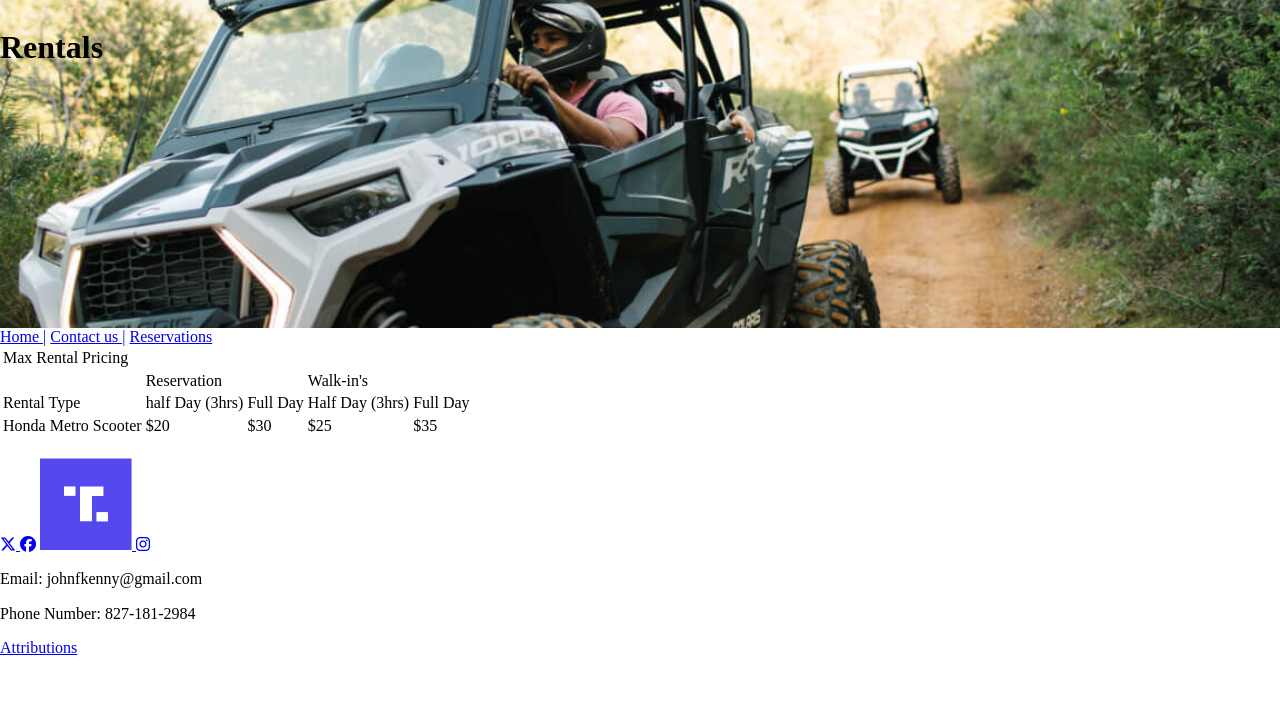
Repository: nak97/WDD230
Page: scoots/rentals-page/rentals-page.html
The author's editor kept a copy of each file at every save. The page is drawn from the files as they stood at one save, then again after the next save.
The browser window is 1280 px wide. The pictures show the whole page.
Some web libraries are served in a nearby version.

Above is the page before, as saved 2023-12-11 13:25:11.

After the next save:
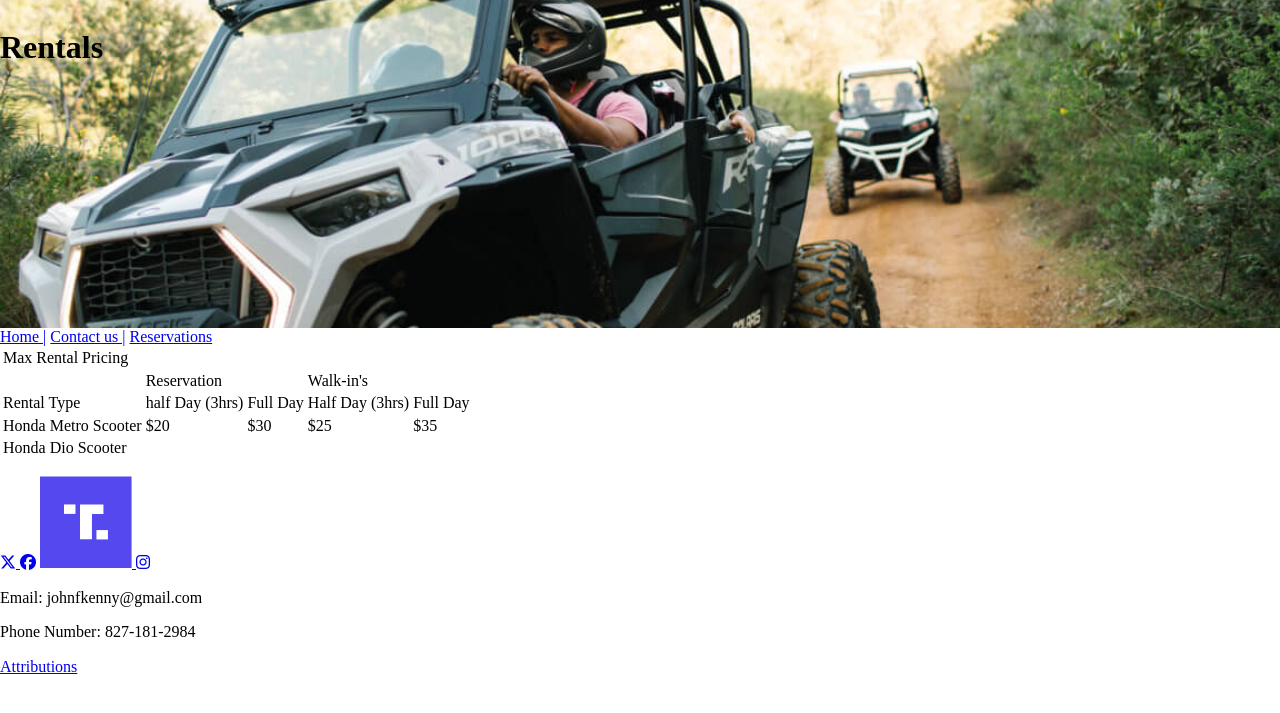
Saved 2 min 51 s later.
--- a/scoots/rentals-page/rentals-page.html
+++ b/scoots/rentals-page/rentals-page.html
@@ -52,11 +52,11 @@
         <td></td>
       </tr>
         <tr>
-          <td></td>
-          <td></td>
-          <td></td>
-          <td></td>
-          <td></td>
+          <td>Honda Dio Scooter</td>
+          <td> <span id="dio-h-r"></span></td>
+          <td> <span id="dio-f-r"></span></td>
+          <td> <span id="dio-h-w"></span></td>
+          <td> <span id="dio-f-w"></span></td>
           <td></td>
         </tr>
         <tr>
